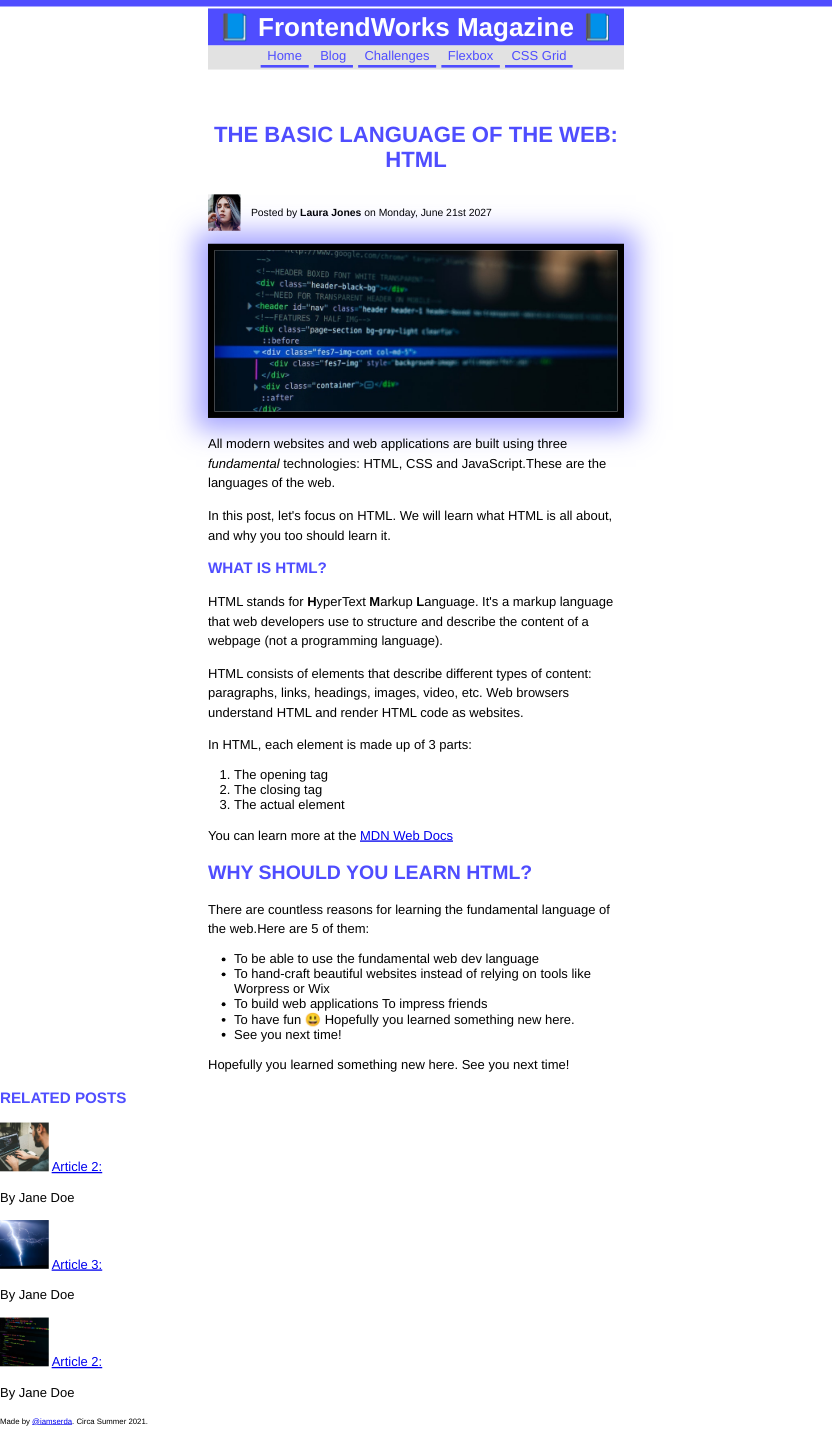
Repository: iamserda/html-css-course
Page: starter/02-HTML-Fundamentals/index.html
These files come from the project's save history. The page is drawn as it stood at one moment and after the next save; the edit follows.
The browser window is 1280 px wide. The pictures show the whole page, at 65% of full size.

Above is the page before, as saved 2021-07-17 17:43:58.

### starter/02-HTML-Fundamentals/index.html
<!DOCTYPE html>
<html lang="en">

<head>
    <meta charset="UTF-8" />
    <meta http-equiv="X-UA-Compatible" content="IE=edge" />
    <meta name="viewport" content="width=device-width, initial-scale=1.0" />
    <title>HTML Fundamentals by Laura Jones</title>
    <link href="index.css" rel="stylesheet" />
</head>

<body>
    <header>
        <h1 class="brandname">📘 FrontendWorks Magazine 📘</h1>
        <nav>
            <ul>
                <li><a href="index.html">Home</a></li>
                <li><a href="blog/">Blog</a></li>
                <li><a href="challenges/">Challenges</a></li>
                <li><a href="https://css-tricks.com/snippets/css/a-guide-to-flexbox/" target="_blank">Flexbox</a></li>
                <li><a href="https://css-tricks.com/snippets/css/complete-guide-grid/" target="_blank">CSS Grid</a></li>
            </ul>
        </nav>
    </header>
    <main>
        <section>
            <article>
                <header class="article-meta">
                    <h1 class="post-title">The Basic Language of the Web: HTML</h1>
                    <div class="author">
                        <img class="author-pic" src="img/laura-jones.jpg" alt="photo of author laura jones" />
                        <p>Posted by <strong>Laura Jones</strong> on Monday, June 21st 2027</p>
                    </div>
                </header>
                <div class="article-content">
                    <img class="post-image" src="img/post-img.jpg" alt="displaying html code." />
                    <p> All modern websites and web applications are built using three
                        <em>fundamental</em> technologies: HTML, CSS and JavaScript.These are the languages of the web.
                    </p>
                    <p>
                        In this post, let's focus on HTML. We will learn what HTML is all about, and why you too should
                        learn it.
                    </p>

                    <h3>What is HTML?</h3>

                    <p>
                        HTML stands for <b>H</b>yperText <b>M</b>arkup <b>L</b>anguage. It's a markup language that web
                        developers use to structure and describe the content of a webpage (not a programming language).
                    </p>

                    <p>
                        HTML consists of elements that describe different types of content: paragraphs, links, headings,
                        images, video, etc. Web browsers understand HTML and render HTML code as websites.
                    </p>

                    <p>In HTML, each element is made up of 3 parts:</p>
                    <ol>
                        <li>The opening tag</li>
                        <li>The closing tag</li>
                        <li>The actual element</li>
                    </ol>
                    <p>
                        You can learn more at the
                        <a href="https://developer.mozilla.org/en-US/" target="_blank">MDN Web Docs</a>
                    </p>
                    <h2>Why should you learn HTML?</h2>
                    <p>There are countless reasons for learning the fundamental language of the web.Here are 5 of them:
                    </p>
                    <ul>
                        <li>To be able to use the fundamental web dev language</li>
                        <li>To hand-craft beautiful websites instead of relying on tools like Worpress or Wix</li>
                        <li>To build web applications To impress friends</li>
                        <li>To have fun 😃 Hopefully you learned something new here.</li>
                        <li>See you next time!</li>
                    </ul>
                    <p>Hopefully you learned something new here. See you next time!</p>
                </div>
            </article>
        </section>
        <aside>
            <h3>Related Posts</h3>
            <div class="related">
                <img src="img/related-1.jpg" alt="a programmer writing code.">
                <a href="#article2">Article 2:</a>
                <p>By Jane Doe</p>
            </div>
            <div class="related">
                <img src="img/related-2.jpg" alt="a programmer writing code.">
                <a href="#article3">Article 3:</a>
                <p>By Jane Doe</p>
            </div>
            <div class="related">
                <img src="img/related-3.jpg" alt="a programmer writing code.">
                <a href="#article4">Article 2:</a>
                <p>By Jane Doe</p>
            </div>
        </aside>
    </main>
    <footer>
        <p>Made by <a href="https://twitter.com/iamserda">@iamserda</a>. Circa Summer 2021.</p>
    </footer>
</body>

</html>

### starter/02-HTML-Fundamentals/index.css
* {
    box-sizing: border-box;
}

html {
    font-size: 16px;
}

html,
body {
    margin: 0;
    padding: 0;
}

body {
    font-family: Helvetica, Arial, sans-serif;
    font-size: 1.25rem;
}

body>header {
    border-top: 10px solid rgb(80, 77, 255);
    padding-top: 0.125em;
}

body>main {
    margin-top: 4em;
}

h1,
h2,
h3,
h4,
h5,
h6 {
    color: rgb(79, 77, 255);
    text-transform: uppercase;
}

.brandname {
    width: 50%;
    margin: 0 auto;
    font-size: 2.5rem;
    text-transform: capitalize;
    text-align: center;
    color: white;
    background-color: rgb(79, 77, 255);
    padding: 0.125em 0;
}

p {
    line-height: 1.5;
}

nav {
    margin-top: 0;
    background-color: rgb(226, 226, 226);
    width: 50%;
    margin-left: auto;
    margin-right: auto;

}

nav ul {
    padding: 0.125em;
    margin: 0 auto;
    width: fit-content;

}

nav li {
    list-style: none;
    border-bottom: 4px solid rgb(79, 77, 255);
    padding: 0.125em 0.5em;
    margin-left: 0.125em;
    display: inline-block;
    color: rgb(79, 77, 255);
}

nav a {
    display: block;
    text-decoration: none;
    color: inherit;
    width: 100%;
    height: auto;
}

nav li:hover {
    background-color: rgb(79, 77, 255);
    border-bottom: 4px solid white;
    color: white;
}

nav li:hover a {
    color: white;
}

article {
    width: 50%;
    margin: 1em auto;
}

footer p {
    font-size: 0.75rem;
}

.article-meta {
    margin-bottom: 1em;
}


.author {
    display: flex;
    flex-flow: row nowrap;
    width: 100%;
    justify-content: flex-start;
    font-size: 1rem;
}

.related img {
    width: 100%;
    max-width: 75px;
}

.post-title {
    color: rgb(79, 77, 255);
    text-align: center;
    font-size: 2.125rem;
}

.post-image {
    width: 100%;
    max-width: 960px;
    height: auto;
    border: 10px solid rgb(0, 0, 0);
    box-shadow: 0 0 38px 18px rgba(80, 77, 255, 0.5);
}

.author-pic {
    width: 100%;
    max-width: 50px;
    margin-right: 1em;
}

After the next save:
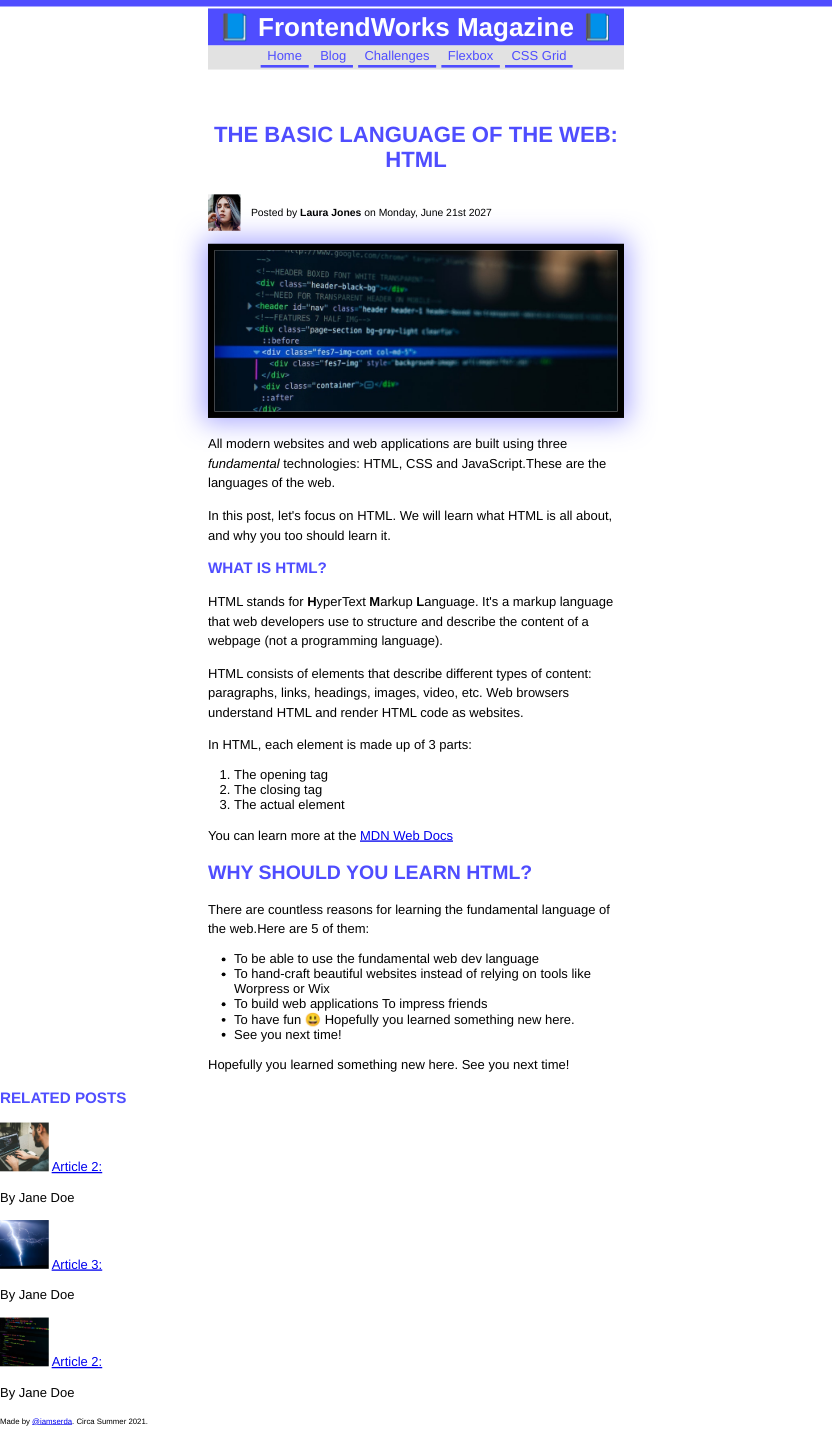
Saved 4 s later.
--- a/starter/02-HTML-Fundamentals/index.css
+++ b/starter/02-HTML-Fundamentals/index.css
@@ -132,7 +132,7 @@ footer p {
     max-width: 960px;
     height: auto;
     border: 10px solid rgb(0, 0, 0);
-    box-shadow: 0 0 38px 18px rgba(80, 77, 255, 0.5);
+    box-shadow: 0 0 38px 8px rgba(80, 77, 255, 0.5);
 }
 
 .author-pic {
